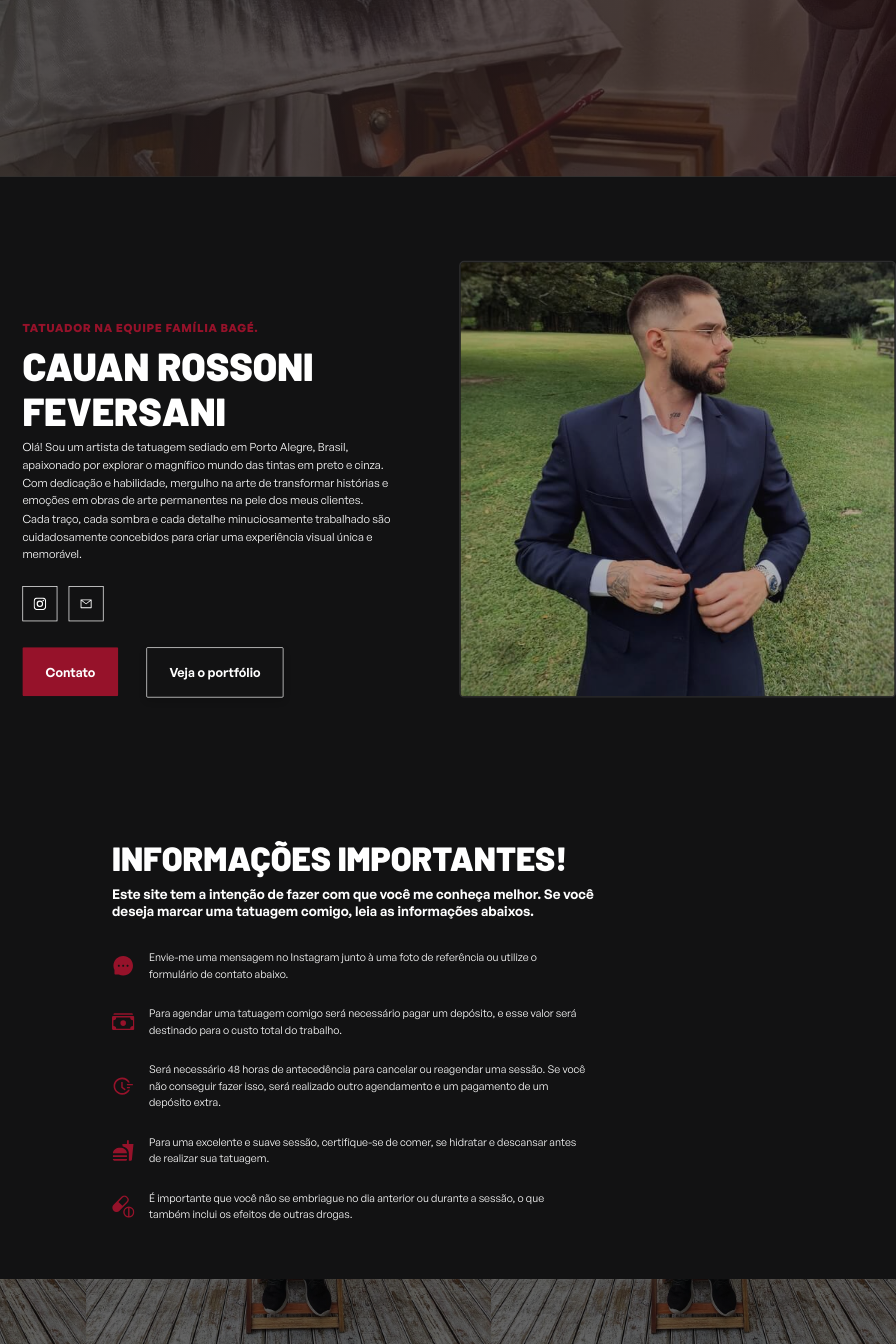
Repository: Leoka2000/S-tima-Ideia
Page: /
These files come from the project's save history. The page is drawn as it stood at one moment and after the next save; the edit follows.
The browser window is 1280 px wide. The pictures show the part of the page from y = 3651 to 5571 px (the page is 6777 px tall), at 70% of full size.
Backgrounds fixed to the window are drawn as part of the page. The project was rebuilt for these pictures with package versions that can differ from the ones it lists, and the page was loaded fresh each time. Some packages were replaced by stand-ins written for this rebuild. Also part of the build but not shown: src/pages/main/instagram/instagram.css, src/pages/main/instagram/instagram.jsx, src/App.css, src/pages/portfolio/portfolio.css, src/data/database-common.js, src/pages/portfolio/loop-content.jsx, src/pages/portfolio/portfolio.jsx, src/pages/portfolio/index.jsx and 2 more. Imported but missing from the stored project, and not drawn on this page: src/assets/videos/cauan-video.mp4.

Above is the page before, as saved 2023-07-10 20:02:45.

### public/index.html
<!DOCTYPE html>
<html lang="en">
  <head>
    <meta charset="utf-8" />
    <link rel="icon" href="%PUBLIC_URL%/logo.png" />
    <meta name="viewport" content="width=device-width, initial-scale=1" />
    <meta name="theme-color" content="#000000" />
    <meta
      name="description"
      content=""
    />
    <link rel="apple-touch-icon" href="%PUBLIC_URL%/logo192.png" />
    <!--
      manifest.json provides metadata used when your web app is installed on a
      user's mobile device or desktop. See https://developers.google.com/web/fundamentals/web-app-manifest/
    -->
    <link rel="manifest" href="%PUBLIC_URL%/manifest.json" />
    <!--
      Notice the use of %PUBLIC_URL% in the tags above.
      It will be replaced with the URL of the `public` folder during the build.
      Only files inside the `public` folder can be referenced from the HTML.

      Unlike "/favicon.ico" or "favicon.ico", "%PUBLIC_URL%/favicon.ico" will
      work correctly both with client-side routing and a non-root public URL.
      Learn how to configure a non-root public URL by running `npm run build`.
    -->
    <title>Setima Ideia</title>
  </head>
  <body>
    <noscript>You need to enable JavaScript to run this app.</noscript>
    <div id="root"></div>
    <!--
      This HTML file is a template.
      If you open it directly in the browser, you will see an empty page.

      You can add webfonts, meta tags, or analytics to this file.
      The build step will place the bundled scripts into the <body> tag.

      To begin the development, run `npm start` or `yarn start`.
      To create a production bundle, use `npm run build` or `yarn build`.
    -->
  </body>
</html>

### src/pages/main/index/index.jsx
import React from 'react'
import Hero from '../hero/hero'
import About from '../about/about'
import Carousel from '../carousel/carousel'
import HorizontalParallax2 from '../carousel/carousel2'
import LookPortfolio from '../olhe-portfolio'
import Video from '../video/video'
import Instagram from '../instagram/instagram'
import Form from '../contact/form'
import Contact from '../contact'
import Sobre from '../../sobre/about/about'

const index = () => {
  return (
    <>
      <Hero/>
      <About/>
      <Carousel/>
      <HorizontalParallax2/>
      <LookPortfolio/>
      <Video/>
      <Sobre/>
      {/* <Instagram/> */}
      <Contact/>
    </>
  )
}

export default index

### src/pages/sobre/about/about.jsx
import React from 'react'
import "./about.css"
import { BsFacebook } from 'react-icons/bs'
import { BsInstagram } from 'react-icons/bs'
import { AiOutlineMail } from 'react-icons/ai'
import cauan from '../../../assets/images/cauan.jpg'
import {Link} from 'react-scroll'

const Sobre = () => {
  return (
    <section id='about' className='sobre-section'>
      <main>
        <div className='sobre-left'>
          <h2>Tatuador na equipe Família Bagé.</h2>
          <h1>Cauan Rossoni Feversani</h1>
          <p>Olá! Sou um artista de tatuagem sediado em Porto Alegre, Brasil, apaixonado por explorar o magnífico mundo das tintas em preto e cinza. Com dedicação e habilidade, mergulho na arte de transformar histórias e emoções em obras de arte permanentes na pele dos meus clientes. Cada traço, cada sombra e cada detalhe minuciosamente trabalhado são cuidadosamente concebidos para criar uma experiência visual única e memorável. </p>
          <div className='sobre-icons-wrapper'>
            <a target='_blank' href='https://www.instagram.com/setimaideia.ink'>
              <BsInstagram />
            </a>
            <a href='mailto:contato.cauanrf@gmail.com'>
              <AiOutlineMail />
            </a>
          </div>
          <div className='sobre-button-wrapper'>
          <Link style={{ textDecoration: 'none' }} spy={true} smooth={true} offset={100} duration={500} to='form' ><button className='solid'>Contato</button></Link>
            <a target='_blank' href='https://www.instagram.com/setimaideia.ink'><button className='transparent'>Veja o portfólio</button></a>
          </div>
        </div>
        <div className='sobre-right'>
          <img alt='cauan' src={cauan}/>
        </div>
      </main>
    </section>
  )
}

export default Sobre

### src/components/footer/footer.jsx
import { useEffect } from 'react'
import './footer.css'
import { BsFacebook } from 'react-icons/bs'
import { BsInstagram } from 'react-icons/bs'
import { AiOutlineMail } from 'react-icons/ai'
import machine from '../../assets/icons/tattoo-machine.png'
import bage from '../../assets/brand/bage.jpg'
import { useLocation } from 'react-router-dom'
import { Link } from 'react-scroll'

const Footer = () => {

    const location = useLocation();

    useEffect(() => {
        window.scrollTo(0, 0);
    }, [location.pathname]);


    return (
        <footer>
            <main>
                <div className='footer-left'>
                    <div className='footer-cauan'>
                        <img src={machine} />
                        <p>Cauan Rossoni</p>
                    </div>

                    <div className='footer-icons-wrapper'>
                        <a target='_blank' href='https://www.instagram.com/setimaideia.ink/'>< BsInstagram /></a>
                        <a target='_blank' href='mailto:contato.cauanrf@gmail.com'><AiOutlineMail /></a>
                    </div>
                </div>
                <div className='footer-middle'>
                    <h1>Páginas</h1>
                    <Link style={{ textDecoration: 'none' }} spy={true} smooth={true} offset={100} duration={500} to='inicio' >Início</Link>
                    <Link style={{ textDecoration: 'none' }} spy={true} smooth={true} offset={100} duration={500} to='portfolio' >Portfolio</Link>
                    <Link style={{ textDecoration: 'none' }} spy={true} smooth={true} offset={100} duration={500} to='about' >Sobre</Link>
                </div>
                <div className='footer-right'><a target='_blank' href='https://www.instagram.com/_familiabagetattoo_/'><img src={bage} /></a></div>
            </main>
            <div className='leo-tag'>
                <p>Desenvolvido por <a target='_blank' style={{textDecoration: 'none'}} href='https://www.linkedin.com/in/leoreus/'>Leo Reus Oliveira</a></p>
            </div>
        </footer>
    )
}

export default Footer

### src/pages/main/hero/hero.jsx
import React from 'react';
import { motion } from 'framer-motion';
import './hero.css';
import logo from '../../../assets/brand/logoCorrected.png';
import { Link } from 'react-scroll';

const Hero = () => {
  const text = "Olá, aqui é o Cauan, bem-vindo ao meu website!";

  const parentVariants = {
    animate: {
      transition: {
        staggerChildren: 0.05,
      },
    },
  };

  const childVariants = {
    initial: {
      y: 20,
      opacity: 0,
    },
    animate: {
      y: 0,
      opacity: 1,
    },
  };

  return (
    <section id='inicio' className="hero-section">
      <div className="hero-wrapper">
        <img src={logo} alt="logo" />
        <motion.h1 variants={parentVariants} initial="initial" animate="animate">
          {text.split("").map((letter, index) => (
            <motion.span key={index} variants={childVariants}>{letter}</motion.span>
          ))}
        </motion.h1>
        <h2>Clique no botão abaixo para saber mais.</h2>
        <div>
          <Link to='sobre' className="colored-hero" style={{textDecoration: 'none'}} spy={true} smooth={true} offset={100} duration={500}>Saiba mais</Link>
        </div>
      </div>
    </section>
  );
};

export default Hero;

### src/pages/main/carousel/carousel.jsx
import C1 from '../../../assets/carousel/c1.jpg'
import C2 from '../../../assets/carousel/c2.jpg'
import C3 from '../../../assets/carousel/c4.jpg'
import C4 from '../../../assets/carousel/c5.jpg'
import C5 from '../../../assets/carousel/c6.jpg'
import C6 from '../../../assets/carousel/c7.jpg'
import C7 from '../../../assets/carousel/c20.jpg'
import C8 from '../../../assets/carousel/c11.jpg'
import C9 from '../../../assets/carousel/c12.jpg'

import C11 from '../../../assets/carousel/c15.jpg'
import C12 from '../../../assets/carousel/c16.jpg'
import C13 from '../../../assets/carousel/c17.jpg'
import C15 from '../../../assets/carousel/c19.jpg'
import C16 from '../../../assets/carousel/c21.jpg'





import React, {useState, useEffect} from "react";
import './carousel.css'

const images = [
  C1,
  C5,
  C4,
  C3,
  C7,
  C2,
  C6,
  //  C10,
  C8,
  C9,

  C11,
  C12,
  // C14,
  C13,
  C15,
  C16,
  // C17,



];

const HorizontalParallax = () => {
  const [scrollY, setScrollY] = useState(0);

  useEffect(() => {
    const handleScroll = () => {
      setScrollY(window.scrollY);
    };

    window.addEventListener("scroll", handleScroll);

    return () => {
      window.removeEventListener("scroll", handleScroll);
    };
  }, []);

  const calculateX = (scrollY) => {
    const minScroll = 0;
    const maxScroll = 2000;
    const minX = 0;
    const maxX = -2000;

    return (scrollY - minScroll) * ((maxX - minX) / (maxScroll - minScroll)) + minX;
  };

  const x = calculateX(scrollY);

  return (
    <div className="horizontal-parallax">
      <div className="images-container" style={{ transform: `translateX(${x}px)` }}>
        {images.map((image, index) => (
          <div key={index} className="image">
            <img src={image} alt={`Image ${index}`} />
          </div>
        ))}
      </div>
    </div>
  );
};

export default HorizontalParallax;

### src/pages/main/carousel/carousel2.jsx
import React, { useState, useEffect } from "react";
import './carousel.css'
import C1 from '../../../assets/carousel/c1.jpg'
import C2 from '../../../assets/carousel/c2.jpg'
import C13 from '../../../assets/carousel/c4.jpg'
import C4 from '../../../assets/carousel/c5.jpg'
import C5 from '../../../assets/carousel/c6.jpg'
import C6 from '../../../assets/carousel/c7.jpg'
// import C7 from '../../../assets/carousel/c10.jpg'
import C8 from '../../../assets/carousel/c11.jpg'
import C9 from '../../../assets/carousel/c12.jpg'
// import C10 from '../../../assets/carousel/c13.jpg'
import C11 from '../../../assets/carousel/c15.jpg'
import C12 from '../../../assets/carousel/c16.jpg'
// import C13 from '../../../assets/carousel/c17.jpg'
import C15 from '../../../assets/carousel/c19.jpg'
import C16 from '../../../assets/carousel/c21.jpg'

const images = [
  C1,
  C5,
  C4,
  // C7,
  C2,
  C6,
  C13,
  C8,
  C9,
  // C10,
  C11,
  C12,
  // C13,
  C15,
  C16,
  // C17,
  // C18,
];

const HorizontalParallax2 = () => {
  const [scrollY, setScrollY] = useState(0);

  useEffect(() => {
    const handleScroll = () => {
      setScrollY(window.scrollY);
    };

    window.addEventListener("scroll", handleScroll);

    return () => {
      window.removeEventListener("scroll", handleScroll);
    };
  }, []);

  const calculateX = (scrollY) => {
    const minScroll = 0;
    const maxScroll = 3000;
    const minX = -2000;
    const maxX = 0;

    return (scrollY - minScroll) * ((maxX - minX) / (maxScroll - minScroll)) + minX;
  };

  const x = calculateX(scrollY);

  return (
    <div className="horizontal-parallax">
      <div className="images-container" style={{ transform: `translateX(${x}px)` }}>
        {images.map((image, index) => (
          <div key={index} className="image">
            <img src={image} alt={`Image ${index}`} />
          </div>
        ))}
      </div>
    </div>
  );
};

export default HorizontalParallax2;

### src/pages/main/olhe-portfolio/index.jsx
import React from 'react'
import './index.css'
import img from '../../../assets/images/Signature.jpg'
import silhouete from '../../../assets/icons/about-tattoo-machine.png'
import clown from '../../../assets/icons/rose.png'
import { useInView } from 'react-intersection-observer';
import { motion } from 'framer-motion'
import { Link } from 'react-router-dom'

const LookPortfolio = () => {

  const [ref1, inView1] = useInView({
    threshold: 0.3,
    triggerOnce: true,
    delay: 0.7
  });

  const [ref2, inView2] = useInView({
    threshold: 0.3,
    triggerOnce: true,
    delay: 0.9
  });

  return (
    <section id='portfolio' className='look-portfolio-section'>
      <img alt='silhouete' className='silhouete' src={silhouete} />
      <img alt='silhouete' className='clown' src={clown} />
      <motion.div
        ref={ref1}
        initial={{ opacity: 0 }}
        animate={inView1 ? { opacity: 1 } : { opacity: 0 }}
        transition={{ duration: 1 }}
        className='look-portfolio-left'>
        <img src={img} />
      </motion.div>
      <br/>
      <motion.div
        ref={ref2}
        initial={{ opacity: 0 }}
        animate={inView2 ? { opacity: 1 } : { opacity: 0 }}
        transition={{ duration: 1 }}
        className='look-portfolio-right'>
        <h1>Confira o meu portfólio!</h1>
        <p>Clique no link a baixo para acessar o meu portfólio no Instagram. Lá, você pode encontrar uma exposição dos meus trabalhos atualizados.</p>
        <a
         style={{textDecoration:'none'}} target='_blank' href='https://www.instagram.com/setimaideia.ink/'>Saiba mais</a>
      </motion.div>

    </section>
  )
}

export default LookPortfolio

### src/pages/main/video/video.jsx
import React, { useState } from 'react';
import './video.css';
import cauan from '../../../assets/videos/cauan-video.mp4'
import thumb from '../../../assets/images/Thumbnail.jpg'
import { FaPlay, FaTimes } from "react-icons/fa";

function Video() {
    const [showVideo, setShowVideo] = useState(false);

    function handlePlayClick() {
        setShowVideo(true);
        document.body.style.overflow = 'hidden';
    }

    function handleCloseClick() {
        setShowVideo(false);
        document.body.style.overflow = 'visible';
    }

    return (
        <section className="video-thumbnail">
            <div className='overlay-effect'>
                <div
                    className="thumbnail-image"

                >
                    <button
                        className="play-button"
                        onClick={handlePlayClick}
                    >
                        <FaPlay className="play-icon" />
                    </button>
                </div>
                {showVideo && (
                    <div className="video-overlay">
                        <button className="close-button" onClick={handleCloseClick}>
                            <FaTimes className="close-icon" />
                        </button>
                        <div className="video-wrapper">
                            <video src={cauan} controls autoPlay />
                        </div>
                    </div>
                )}
            </div>
        </section>
    );
}

export default Video

### src/pages/sobre/about/about.css
.sobre-section {
    color: white;
    margin-top: 7.5rem;
    margin-bottom: 4rem;




}
.sobre-section > main {
    display: flex;
    justify-content: space-between;
    height: 100%;

}
.sobre-left {
    display: flex;
    flex-direction: column;
    gap: 0.5rem;
    padding: 5rem 0 0 2rem;

}
.sobre-left > h2 {
    font-family: 'General Sans', sans-serif;
    color: #96122a;
font-weight: 700;
font-size: 1rem;
letter-spacing: 0.06em;
text-transform: uppercase;
}
.sobre-left > h1 {
    font-family: Barlow, sans-serif;
    font-size: 3.5rem;
    color: #fff;
font-size: 56px;
line-height: 4rem;
max-width: 40rem;
font-weight: 900;
text-transform: uppercase;
}
.sobre-left > p {
    max-width: 33rem;
    font-size: 1rem;
    line-height: 1.6rem;
}
.sobre-right {
    height: 100%;
}
.sobre-right > img {
    width: 40rem;
    height: 100%;
    border-radius: 7px;
    filter:opacity(0.7);
    border: 2px solid #393939;
}
.sobre-icons-wrapper {
    display: flex;
    gap: 1rem;
    margin-top: 1.5rem;
}
.sobre-icons-wrapper > a {
    display: flex;
    width: 50px;
    height: 50px;
    min-height: 50px;
    min-width: 50px;
    -webkit-box-pack: center;
    -webkit-justify-content: center;
    -ms-flex-pack: center;
    justify-content: center;
    -webkit-box-align: center;
    -webkit-align-items: center;
    -ms-flex-align: center;
    align-items: center;
    border-style: solid;
    cursor: pointer;
    border-width: 1px;
    border-color: #fff;
    background-color: transparent;
    -webkit-transition: background-color 300ms ease, color 300ms ease, -webkit-transform 300ms ease;
    transition: background-color 300ms ease, color 300ms ease, -webkit-transform 300ms ease;
    transition: transform 300ms ease, background-color 300ms ease, color 300ms ease;
    transition: transform 300ms ease, background-color 300ms ease, color 300ms ease, -webkit-transform 300ms ease;
    color: #fff;
    text-decoration: none;
}
.sobre-icons-wrapper > a:hover {
    border-color: #96122a;
background-color: #96122a;
-webkit-transform: translate(0px, -3px);
-ms-transform: translate(0px, -3px);
transform: translate(0px, -3px);
color: #fff;
}

.sobre-button-wrapper {
    display: flex;
    gap: 2.5rem;
    padding-top: 1.8rem;
    padding-bottom: 3.5rem;
}
.sobre-button-wrapper > a {
    border-bottom: none;
    text-decoration: none;
}
.solid {
    padding: 1.5rem 2rem 1.5rem 2rem;

    cursor: pointer;
    -webkit-box-pack: center;
    -webkit-justify-content: center;
    -ms-flex-pack: center;
    justify-content: center;
    border: 1px solid transparent;
    border-radius: 2px;
    background-color: #96122a;
    -webkit-transition: box-shadow 300ms ease, -webkit-transform 300ms ease;
    transition: box-shadow 300ms ease, -webkit-transform 300ms ease;
    transition: box-shadow 300ms ease, transform 300ms ease;
    transition: box-shadow 300ms ease, transform 300ms ease, -webkit-transform 300ms ease;
    font-family: 'General Sans', sans-serif;
    color: #fff;
    line-height: 1.111em;
    font-weight: 500;
    text-align: center;
    text-decoration: none;
    text-transform: none;
    -webkit-transform-style: preserve-3d;
    transform-style: preserve-3d;
}

.solid:hover {
    box-shadow: 0 10px 20px 0 rgba(248, 19, 60, 0.2);
    -webkit-transform: translate3d(0px, -3px, 0.01px);
    transform: translate3d(0px, -3px, 0.01px);
    color: #fff;

}

.transparent:hover {
    background-color: #fff;
    -webkit-transform: translate3d(0px, -3px, 0.01px);
    transform: translate3d(0px, -3px, 0.01px);
    color: #121213;
}

.transparent {
    padding: 2.2rem 2rem 2.2rem 2rem;
    border-radius: 2px;
    height: 3.5rem;
    display: flex;
    align-items: center;
    justify-content: center;
    cursor: pointer;
    border-style: solid;
    border-width: 1px;
    border-color: #f0f0f0;
    background-color: transparent;
    box-shadow: 0 4px 10px 0 rgba(0, 0, 0, 0.2);
    -webkit-transition: background-color 300ms ease, color 300ms ease, -webkit-transform 300ms ease;
    transition: background-color 300ms ease, color 300ms ease, -webkit-transform 300ms ease;
    transition: transform 300ms ease, background-color 300ms ease, color 300ms ease;
    transition: transform 300ms ease, background-color 300ms ease, color 300ms ease, -webkit-transform 300ms ease;
    font-family: 'General Sans', sans-serif;
    color: #fff;
    line-height: 1.111em;
    font-weight: 500;
    text-align: center;
    text-transform: none;
    -webkit-transform-style: preserve-3d;
    transform-style: preserve-3d;
}


@media screen and (min-width: 1750px) {
    .sobre-right > img {
        width: 60rem;
        height: 100%;
    }
    .sobre-left {
        display: flex;
        flex-direction: column;
        gap: 1rem;
        padding: 5rem 0 0 8rem;

    }
}


@media screen and (max-width: 1032px) {
    .sobre-section > main {
       flex-direction: column;
    }
    .sobre-left {
        display: flex;
        flex-direction: column;
        align-items: center;
        text-align: center;
        gap: 1rem;
        padding: 5rem 0 0 2rem;

    }
    .sobre-right  {
       display: flex;
       justify-content: center;
    }
    .sobre-right> img {
       width: 70%;
       border-radius: 5px;
     }


}

@media screen and (max-width: 540px) {
.sobre-left > h1 {
    font-size: 32px;
    color: #fff;
    line-height: 1.196em;
}
.sobre-left > h2 {
    font-size: 0.9rem;
    line-height: 1.3em;

}
.sobre-left > p {
   font-size: 1rem;
   line-height: 1.5rem;
}
.sobre-button-wrapper {
    display: flex;
    flex-direction: column;
    gap: 1rem;
    width: 100%;

    padding-bottom: 3.5rem;
}
.sobre-button-wrapper > a {
    width: 100%;
}
.sobre-button-wrapper > a > button {
    width: 100%;

}
.sobre-left {
    display: flex;
    flex-direction: column;
    gap: 0.75rem;
    padding: 5rem 2rem 0 2rem;

}
 }

 @media screen and (max-width: 410px) {
    .sobre-left {
        padding: 5rem 2rem 0 2rem;

    }
    .sobre-button-wrapper {
      padding-left: 0.25rem;
      padding-right: 0.25rem;
    }
    .sobre-left > h2 {
      max-width: 20rem;

    }
  }

### src/pages/main/carousel/carousel.css
.horizontal-parallax {
  position: relative;
  width: 100%;
  height: 400px;
  overflow-x: hidden;
}

.images-container {
  position: absolute;
  top: 0;
  left: 0;
  height: 100%;
  white-space: nowrap;
}

.image {
  display: inline-block;
  width: 400px;
  height: 350px;
  margin-right: 20px;
  overflow: hidden;
}

.image img {
  width: 100%;
  height: 100%;
  object-fit: cover;
  border-radius: 4px;
  box-shadow: 0 2px 4px rgba(0, 0, 0, 0.3);
}

@media screen and (max-width: 650px) {
  .image {
    display: inline-block;
    width: 210px;
    height: 245px;
    margin-right: 20px;
    overflow: hidden;
  }
  .horizontal-parallax {
    position: relative;
    width: 100%;
    height: 350px;
    overflow-x: hidden;
  }

}

Loaded but not shown: src/index.js (36 lines, source omitted); src/routes.js (29 lines, source omitted); src/pages/main/contact/form.css (337 lines, source omitted); src/components/navbar/navbar.css (298 lines, source omitted); src/pages/main/about/about.css (266 lines, source omitted); src/pages/main/contact/form.jsx (95 lines, source omitted); src/pages/main/hero/hero.css (175 lines, source omitted); src/index.css (112 lines, source omitted); src/pages/main/olhe-portfolio/index.css (156 lines, source omitted); src/components/footer/footer.css (146 lines, source omitted); src/components/navbar/navbar.jsx (78 lines, source omitted); src/pages/main/video/video.css (140 lines, source omitted); src/pages/main/about/about.jsx (57 lines, source omitted); src/pages/main/contact/index.jsx (61 lines, source omitted)

After the next save:
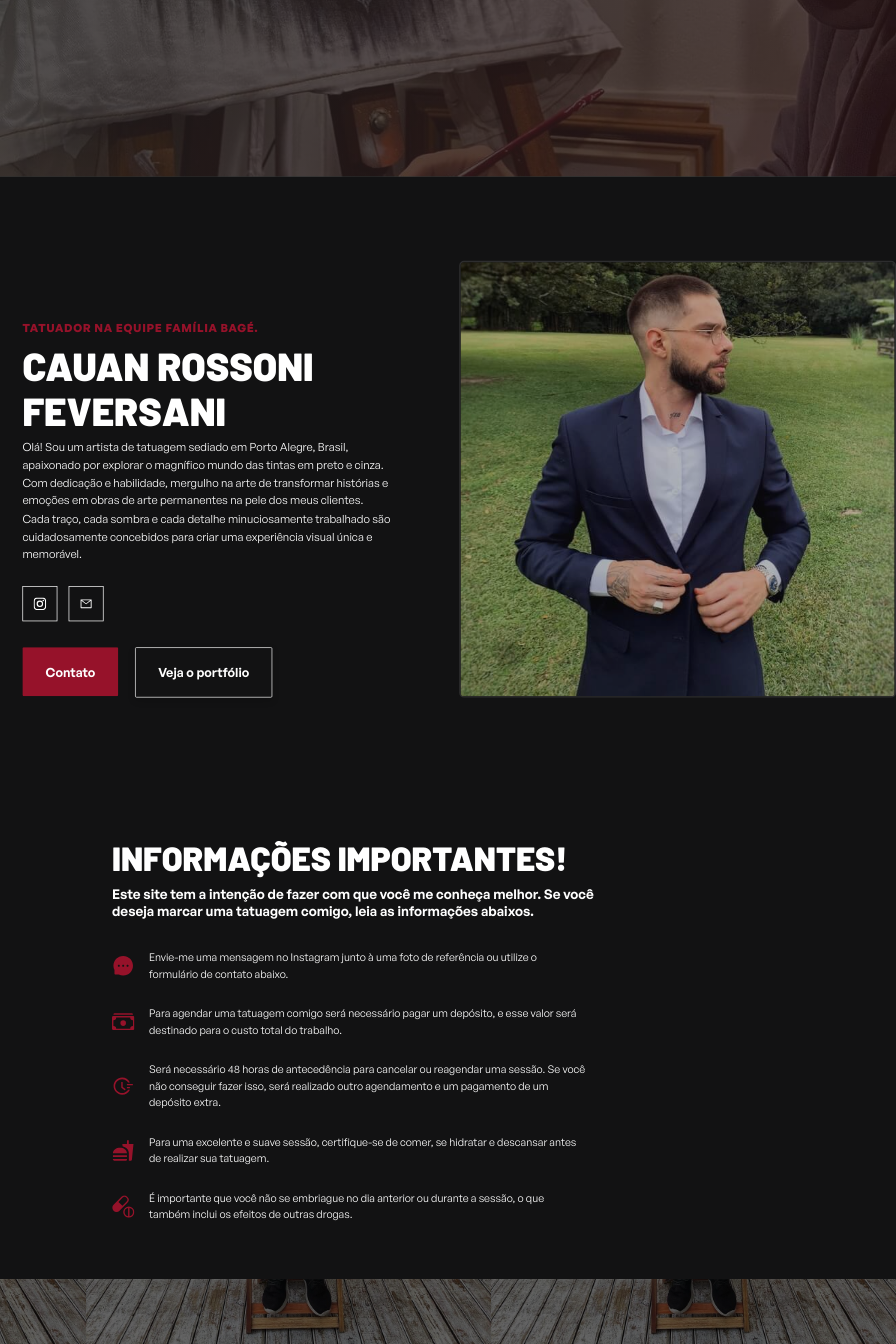
Saved 11 s later.
--- a/src/pages/sobre/about/about.css
+++ b/src/pages/sobre/about/about.css
@@ -95,7 +95,7 @@
 
 .sobre-button-wrapper {
     display: flex;
-    gap: 2.5rem;
+    gap: 1.5rem;
     padding-top: 1.8rem;
     padding-bottom: 3.5rem;
 }
